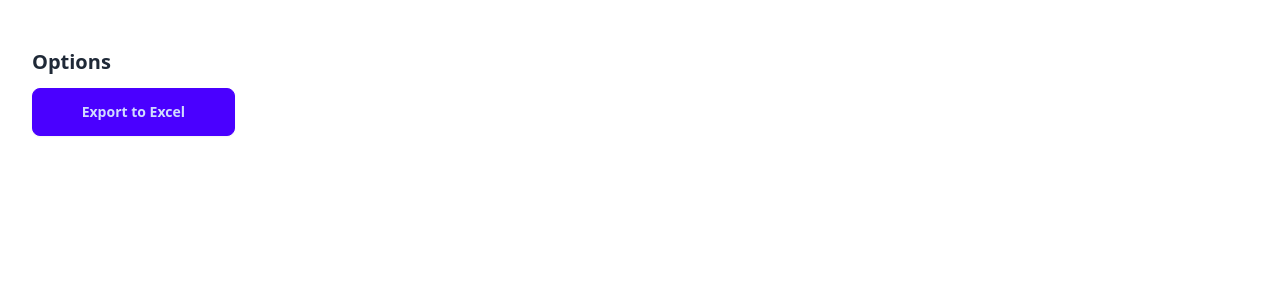
Repository: khulqu15/khafsin_server
Page: http://localhost/
The author's editor kept a copy of each file at every save. The page is drawn from the files as they stood at one save, then again after the next save.
The browser window is 1280 px wide. The pictures show the whole page.
Some web libraries are served in a nearby version. The page is served by the project's Laravel application, run on PHP 8.4 with Laravel 12. Other server files are loaded and not shown. Queries for data that is not in the repository find no rows.

Above is the page before, as saved 2024-10-25 02:49:39.

### routes/web.php
<?php

use App\Http\Controllers\ImuController;
use Illuminate\Support\Facades\Route;

Route::get('/', [ImuController::class, 'home']);

### app/Http/Controllers/ImuController.php
<?php

namespace App\Http\Controllers;

use App\Models\Imu;
use Exception;
use Illuminate\Database\Eloquent\ModelNotFoundException;
use Illuminate\Http\Request;
use Illuminate\Support\Carbon;

class ImuController extends Controller
{

    public function home(Request $request) {
        $query = Imu::query();
        if ($request->has(['start_date', 'end_date'])) {
            $start_date = Carbon::parse($request->input('start_date'))->startOfDay();
            $end_date = Carbon::parse($request->input('end_date'))->endOfDay();
            $query->whereBetween('created_at', [$start_date, $end_date]);
        }
        $imus = $query->orderBy('created_at', 'desc')->get();
        return view('welcome')->with('imus', $imus);
    }

    /**
     * Display a listing of the resource.
     */
    public function index(Request $request)
    {
        try {
            $query = Imu::query();

            if ($request->has(['start_date', 'end_date'])) {
                $start_date = Carbon::parse($request->input('start_date'))->startOfDay();
                $end_date = Carbon::parse($request->input('end_date'))->endOfDay();
                $query->whereBetween('created_at', [$start_date, $end_date]);
            }
            $imus = $query->orderBy('created_at', 'desc')->get();
            return response()->json($imus);

        } catch (Exception $e) {
            return $this->handleException($e);
        }
    }

    /**
     * Store a newly created resource in storage.
     */
    public function store(Request $request)
    {
        try {
            $validatedData = $request->validate([
                'x' => 'required|numeric',
                'y' => 'required|numeric',
                'z' => 'required|numeric',
                'location' => 'nullable|string',
                'status' => 'nullable|string',
                'description' => 'nullable|string',
                'lat' => 'nullable|numeric',
                'lon' => 'nullable|numeric',
                'alt' => 'nullable|numeric',
            ]);

            $imu = Imu::create($validatedData);

            return response()->json($imu, 201);

        } catch (Exception $e) {
            return $this->handleException($e);
        }
    }

    /**
     * Display the specified resource.
     */
    public function show(string $id)
    {
        try {
            $imu = Imu::findOrFail($id);
            return response()->json($imu);

        } catch (ModelNotFoundException $e) {
            return $this->handleException($e);

        } catch (Exception $e) {
            return $this->handleException($e);
        }
    }

    /**
     * Update the specified resource in storage.
     */
    public function update(Request $request, string $id)
    {
        try {
            $imu = Imu::findOrFail($id);

            $validatedData = $request->validate([
                'x' => 'required|numeric',
                'y' => 'required|numeric',
                'z' => 'required|numeric',
                'location' => 'nullable|string',
                'status' => 'nullable|string',
                'description' => 'nullable|string',
                'lat' => 'nullable|numeric',
                'lon' => 'nullable|numeric',
                'alt' => 'nullable|numeric',
            ]);

            $imu->update($validatedData);

            return response()->json($imu);

        } catch (ModelNotFoundException $e) {
            return $this->handleException($e);

        } catch (Exception $e) {
            return $this->handleException($e);
        }
    }

    /**
     * Remove the specified resource from storage.
     */
    public function destroy(string $id)
    {
        try {
            $imu = Imu::findOrFail($id);
            $imu->delete();
            return response()->json(['message' => 'IMU record deleted successfully']);

        } catch (ModelNotFoundException $e) {
            return $this->handleException($e);

        } catch (Exception $e) {
            return $this->handleException($e);
        }
    }
}

### app/Http/Controllers/Controller.php
<?php

namespace App\Http\Controllers;

use Exception;
use Illuminate\Http\JsonResponse;
use Illuminate\Http\Response;

abstract class Controller
{
    protected function handleException(Exception $e): JsonResponse
    {
        return response()->json([
            'error' => true,
            'message' => $e->getMessage(),
            'code' => $e->getCode(),
        ], $e instanceof \Illuminate\Database\Eloquent\ModelNotFoundException ? Response::HTTP_NOT_FOUND : Response::HTTP_INTERNAL_SERVER_ERROR);
    }
}

### app/Models/Imu.php
<?php

namespace App\Models;

use Illuminate\Database\Eloquent\Model;

class Imu extends Model
{
    protected $table = 'imus';
    protected $primaryKey = 'id';

    protected $fillable = [
        'x',
        'y',
        'z',
        'location',
        'status',
        'description',
        'lat',
        'lon',
        'alt',
    ];
}

### resources/views/welcome.blade.php
<!DOCTYPE html>
<html lang="{{ str_replace('_', '-', app()->getLocale()) }}">
    <head>
        <meta charset="utf-8">
        <meta name="viewport" content="width=device-width, initial-scale=1">

        <title>Khafsin App</title>

        <link href="https://cdn.jsdelivr.net/npm/daisyui@4.12.13/dist/full.min.css" rel="stylesheet" type="text/css" />
        <script src="https://cdn.tailwindcss.com"></script>
    </head>
    <body>
        <div class="container mx-auto w-full min-h-screen py-12 px-8">
            <div class="w-full grid grid-cols-6">
                <div class="md:col-span-1 col-span-6">
                    <h2 class="text-xl font-bold mb-3">Options</h2>
                    <button class="btn btn-primary w-full">Export to Excel</button>
                </div>
                <div class="md:col-span-4 col-span-6"></div>
            </div>
        </div>
    </body>
</html>

After the next save:
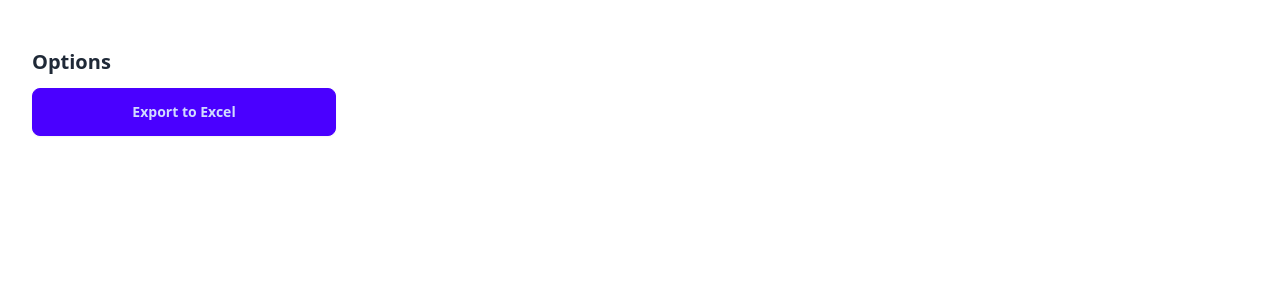
Saved 15 s later.
--- a/resources/views/welcome.blade.php
+++ b/resources/views/welcome.blade.php
@@ -11,12 +11,12 @@
     </head>
     <body>
         <div class="container mx-auto w-full min-h-screen py-12 px-8">
-            <div class="w-full grid grid-cols-6">
-                <div class="md:col-span-1 col-span-6">
+            <div class="w-full grid grid-cols-8">
+                <div class="md:col-span-2 col-span-8">
                     <h2 class="text-xl font-bold mb-3">Options</h2>
                     <button class="btn btn-primary w-full">Export to Excel</button>
                 </div>
-                <div class="md:col-span-4 col-span-6"></div>
+                <div class="md:col-span-6 col-span-8"></div>
             </div>
         </div>
     </body>
